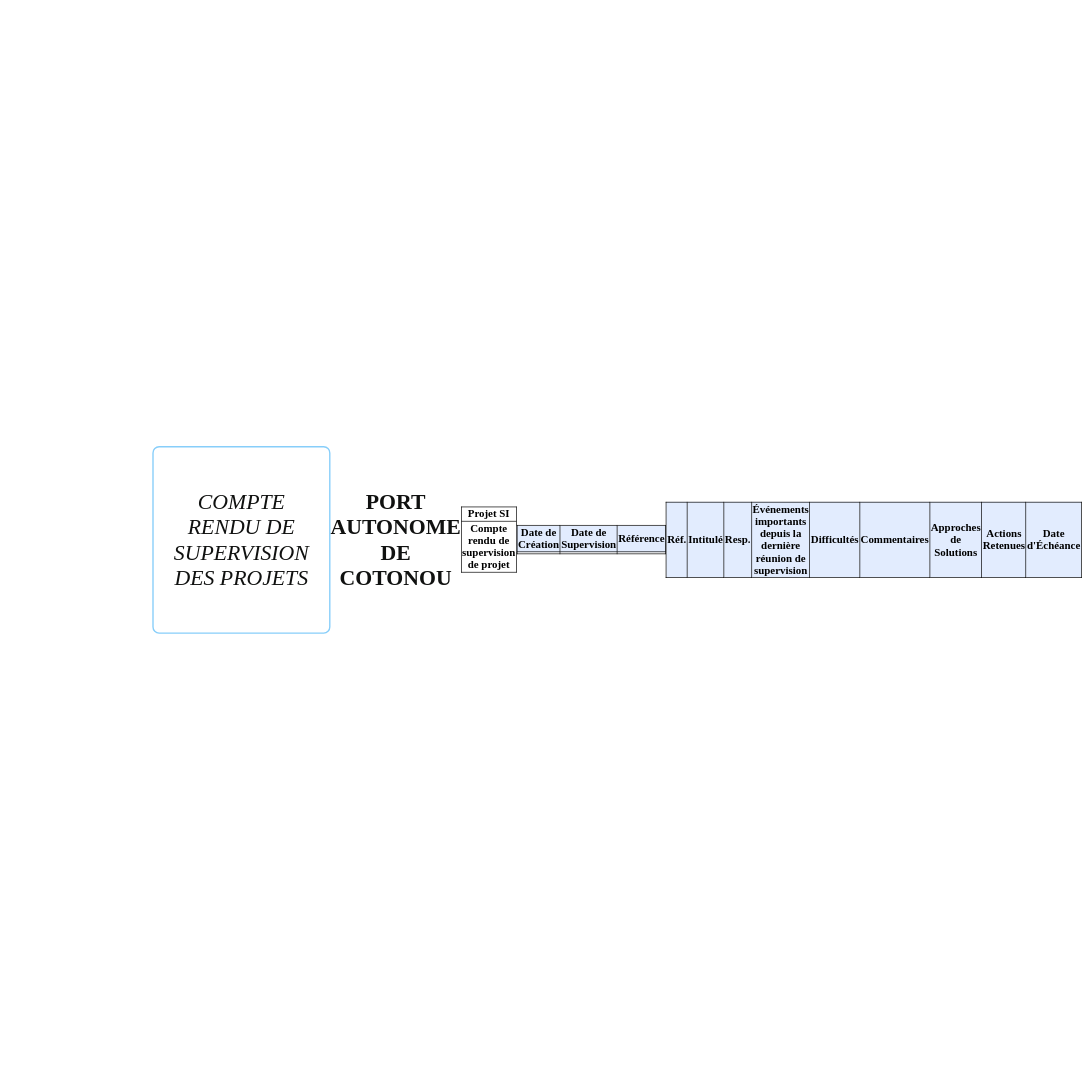
Repository: A2blackMZ/Project
Page: resources/views/report/seanceReport.blade.php
The author's editor kept a copy of each file at every save. The page is drawn from the files as they stood at one save, then again after the next save.
The browser window is 1280 px wide. The page is 1591 px wide, then 1579 px, so the pictures cover 1591 px, including what lies to the right of the window. The pictures show the whole page, at 68% of full size.
The page is served by the project's Laravel application, run on PHP 8.4 with Laravel 10. Other server files are loaded and not shown. The template is opened directly, without the code that normally fills it, so the values that code supplies are empty.

Above is the page before, as saved 2024-04-04 10:17:18.

### app/Http/Controllers/API/AuthController.php
<?php

namespace App\Http\Controllers\API;

use App\Http\Controllers\Controller;
use Illuminate\Http\Request;
use Illuminate\Support\Facades\Hash;
use Illuminate\Support\Facades\Auth;
use App\Models\User;

class AuthController extends Controller
{
    public function register(Request $request)
    {
        // Validez les données du formulaire d'inscription
        $request->validate([
            'name' => 'required|string',
            'email' => 'required|email|unique:users',
            'password' => 'required|string|min:8',
        ]);

        // Créez un nouvel utilisateur
        $user = new User([
            'name' => $request->input('name'),
            'email' => $request->input('email'),
            'password' => Hash::make($request->input('password')),
        ]);

        // Enregistrez l'utilisateur dans la base de données
        $user->save();

        // Générez un jeton d'accès pour l'utilisateur nouvellement inscrit
        $token = $user->createToken('MyAppToken')->accessToken;

        // Réponse avec le jeton d'accès et les informations de l'utilisateur
        return response()->json([
            'message' => 'Inscription réussie',
            'user' => $user,
            'access_token' => $token,
        ], 201); // Code de réponse 201 pour la création réussie
    }


    public function login(Request $request)
    {
        // Validez les données de connexion
        $request->validate([
            'email' => 'required|email',
            'password' => 'required|string',
        ]);

        // Tentez de connecter l'utilisateur
        if (Auth::attempt(['email' => $request->input('email'), 'password' => $request->input('password')])) {
            // Authentification réussie, générez un jeton d'accès pour l'utilisateur
            $user = Auth::user();
            $token = $user->createToken('MyAppToken')->accessToken;

            // Réponse avec le jeton d'accès et les informations de l'utilisateur
            return response()->json([
                'message' => 'Authentification réussie',
                'user' => $user,
                'access_token' => $token,
            ], 200); // Code de réponse 200 pour la réussite de l'authentification
        } else {
            // Échec de l'authentification
            return response()->json([
                'message' => 'Échec de l\'authentification',
            ], 401); // Code de réponse 401 pour l'échec de l'authentification
        }
    }

    public function user(Request $request)
    {
        return $request->user();
    }

    public function logout()
    {
        Auth::user()->tokens->each(function ($token, $key) {
            $token->delete();
        });

        return response()->json(['message' => 'Déconnexion réussie']);
    }

    public function getUser()
    {
        $user = Auth::user();

        return response()->json(['user' => $user]);
    }

    public function getUserInfo(Request $request)
    {
        $user = $request->user(); // Récupérez l'utilisateur à partir du jeton d'accès
        $userInfo = [
            'id' => $user->id,
            'name' => $user->name,
        ];

        return response()->json($userInfo);
    }
}

### routes/web.php
<?php

use App\Http\Controllers\SeanceController;
use Illuminate\Support\Facades\Route;

/*
|--------------------------------------------------------------------------
| Web Routes
|--------------------------------------------------------------------------
|
| Here is where you can register web routes for your application. These
| routes are loaded by the RouteServiceProvider and all of them will
| be assigned to the "web" middleware group. Make something great!
|
*/

Route::get('/', function () {
   return 'Je m\'appelle Shadrac';
    // return view('welcome');
});














Route::get('generate_pdf/{seanceId}', [SeanceController::class, 'generatePDF']);

Route::post('seances/{id}/generate-report', [SeanceController::class, 'generateReport']);

### resources/views/report/seanceReport.blade.php
<!DOCTYPE html>
<html lang="en">
<head>
    <meta charset="UTF-8">
    <title>Report de Séance</title>
    <style>
        .title-page {
            margin: 0;
            font-size: 2em; /* Taille du titre */
            text-align: center;
            color: #101110;
        }

        table {
            width: 100%;
            border-collapse: collapse;
        }
        table, th, td {
            border: 1px solid black;
        }
        th, td {
            border: 1px solid black;
            text-align: center;
        }
        th {
            background-color: #e2ecfe;
            font-weight: bold;
        }
        h1 {
            text-align: center;
            color: #101110;
        }

        body {
            margin: 0;
            display: flex;
            justify-content: center;
            align-items: center;
            height: 100vh;
            width: 400mm; /* Largeur A3 */
            height: 420mm; /* Hauteur A3 */
        }

        .card {
            width: 350px;
            padding: 30px;
            background-color: #ffffff;
            border: 2px solid #87CEFA;
            border-radius: 10px;
            margin-bottom: 350px;
            margin-top: 350px;
            margin-left: 20%;
        }


    </style>
</head>
<body>
    <div class="card">
        <div class="title-page">
            <p><em>COMPTE RENDU DE SUPERVISION DES PROJETS</em></p>
        </div>
    </div>

    <br><br>

    <h1>PORT AUTONOME DE COTONOU</h1>
    <br><br>
    <table>
        <tr color: #101110;>
            <td><strong>Projet SI</strong></td>
        </tr>
        <tr>
            <td><strong>Compte rendu de supervision de projet</strong></td>
        </tr>
    </table>

    <br><br>
    <table>
        <tr>
            <th>Date de Création</th>
            <th>Date de Supervision</th>
            <th>Référence</th>
        </tr>
        <tr>
            <td>{{ $seance->date_creation }}</td>
            <td>{{ $seance->date_supervision }}</td>
            <td>{{ $seance->reference }}</td>
        </tr>
    </table>

    <br><br>
    <table>
        <thead>
            <tr>
                <th>Réf.</th>
                <th>Intitulé</th>
                <th>Resp.</th>
                <th>Événements importants depuis la dernière réunion de supervision</th>
                <th>Difficultés</th>
                <th>Commentaires</th>
                <th>Approches de Solutions</th>
                <th>Actions Retenues</th>
                <th>Date d'Échéance</th>
            </tr>
        </thead>
        <tbody>
            @foreach($compteRendus as $index => $compteRendu)
                <tr>
                    @if ($index === 0)
                        <td rowspan="{{ count($compteRendus) }}">{{ $seance->reference }}</td>
                    @endif
                    <td>{{ $projets[$index]->nom }}</td>
                    <td>{{ $seance->nom_chef_projet }}</td>
                    <td>{!! $compteRendu->evenement !!}</td>
                    <td>{!! $compteRendu->difficultes !!}</td>
                    <td>{!! $compteRendu->commentaires !!}</td>
                    <td>{!! $compteRendu->approche_solution !!}</td>
                    <td>{!! $compteRendu->action_retenu !!}</td>
                    <td>{{ $compteRendu->date }}</td>
                </tr>
            @endforeach
        </tbody>
    </table>

</body>
</html>

Loaded but not shown: app/Http/Controllers/Controller.php (common file)

After the next save:
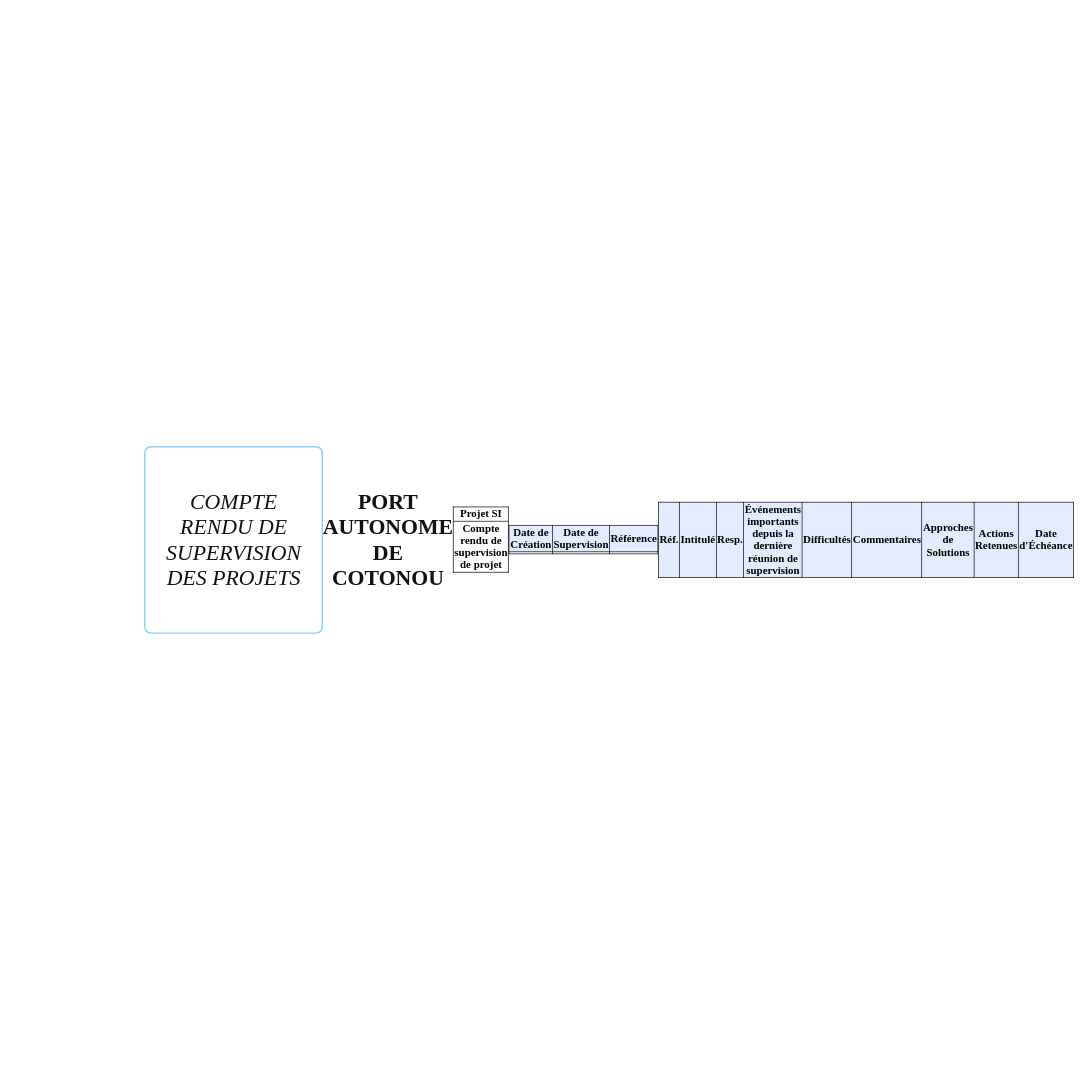
Saved 20 s later.
--- a/resources/views/report/seanceReport.blade.php
+++ b/resources/views/report/seanceReport.blade.php
@@ -37,7 +37,7 @@
             justify-content: center;
             align-items: center;
             height: 100vh;
-            width: 400mm; /* Largeur A3 */
+            width: 395mm; /* Largeur A3 */
             height: 420mm; /* Hauteur A3 */
         }
 
